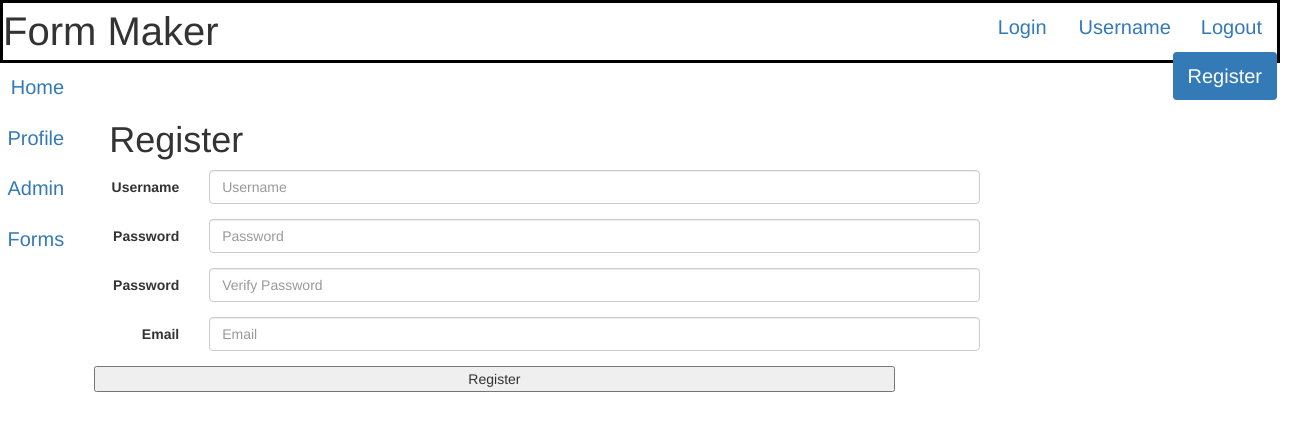
Repository: dishant8/Web-development
Page: public/WebDevWorkspace/Assignment1/WebContent/Css/Bootstrap/Register.html
An editor plug-in stored every save of this project. The page is shown before and after the next save, followed by the edit.
The browser window is 1280 px wide. The page is 1295 px wide, so the pictures cover 1295 px, including what lies to the right of the window. The pictures show the whole page.

Above is the page before, as saved 2015-10-03 21:51:05.

After the next save:
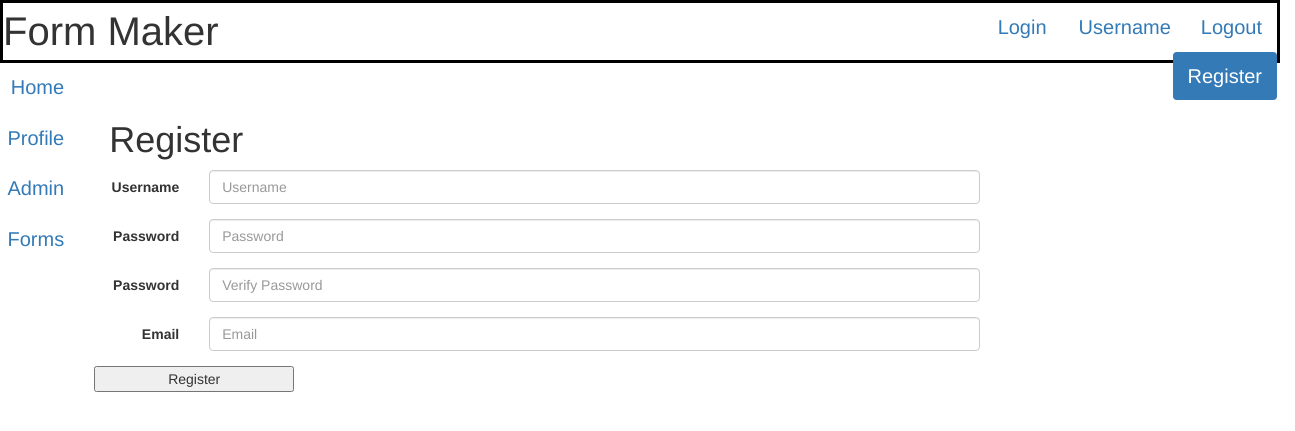
Saved 92 s later.
--- a/public/WebDevWorkspace/Assignment1/WebContent/Css/Bootstrap/Register.html
+++ b/public/WebDevWorkspace/Assignment1/WebContent/Css/Bootstrap/Register.html
@@ -76,7 +76,7 @@
 
 				<div class="form-group">
 					<div >
-						<button class="col-sm-8" type="submit" class="btn btn-default form-control">Register</button>
+						<button class="col-sm-2 col-sm-10" type="submit" class="btn btn-default form-control">Register</button>
 					</div>
 				</div>
 			</form>

After the save that followed:
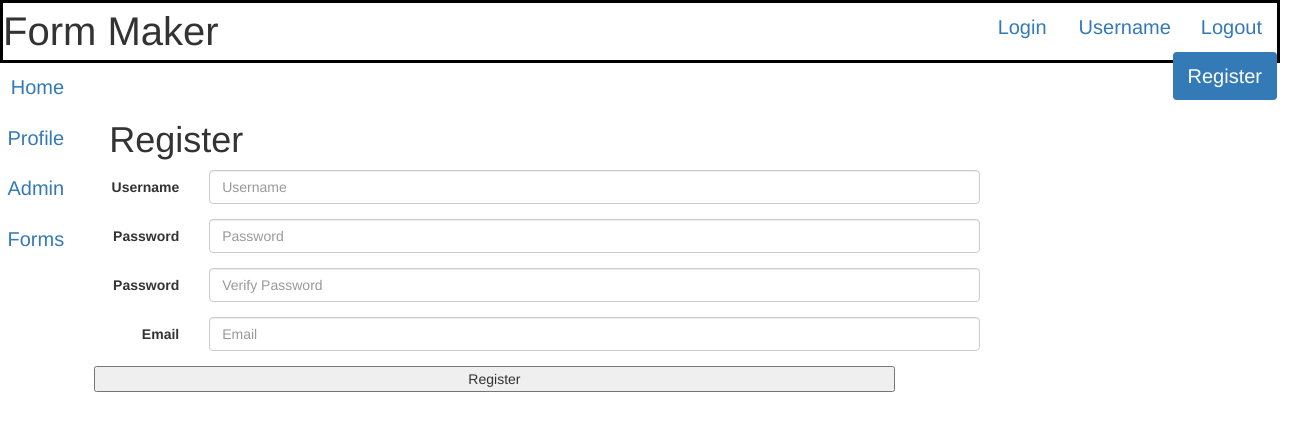
Saved 26 s later.
--- a/public/WebDevWorkspace/Assignment1/WebContent/Css/Bootstrap/Register.html
+++ b/public/WebDevWorkspace/Assignment1/WebContent/Css/Bootstrap/Register.html
@@ -76,7 +76,7 @@
 
 				<div class="form-group">
 					<div >
-						<button class="col-sm-2 col-sm-10" type="submit" class="btn btn-default form-control">Register</button>
+						<button class="col-sm-8" type="submit" class="btn btn-default form-control">Register</button>
 					</div>
 				</div>
 			</form>
